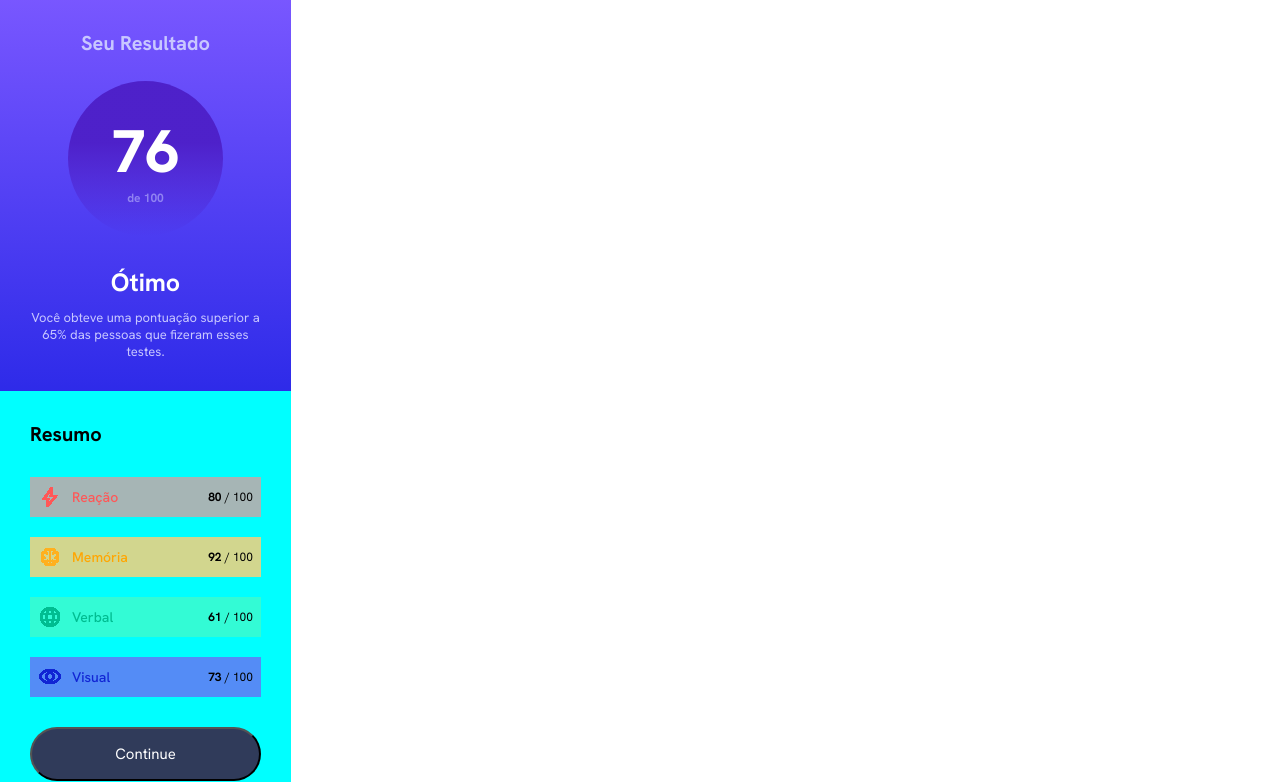
Repository: caique2512/resumo-de-resultados
Page: index.html
These files come from the project's save history. The page is drawn as it stood at one moment and after the next save; the edit follows.
The browser window is 1280 px wide. The pictures show the whole page.

Above is the page before, as saved 2026-03-13 17:31:16.

After the next save:
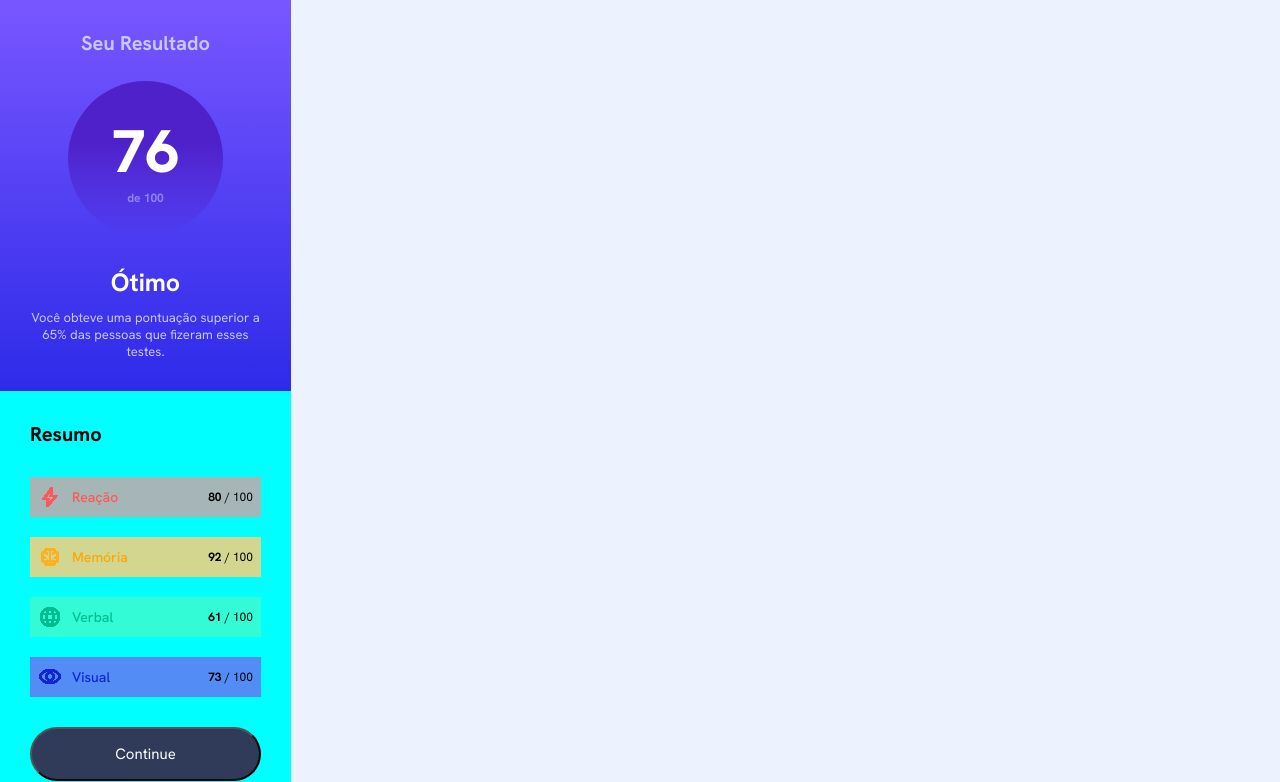
Saved 11 s later.
--- a/src/css/estilos.css
+++ b/src/css/estilos.css
@@ -2,7 +2,7 @@
 
 
 body {
-    background-color: ;
+    background-color: #ECF3FF;
 }
 
 .principal {
